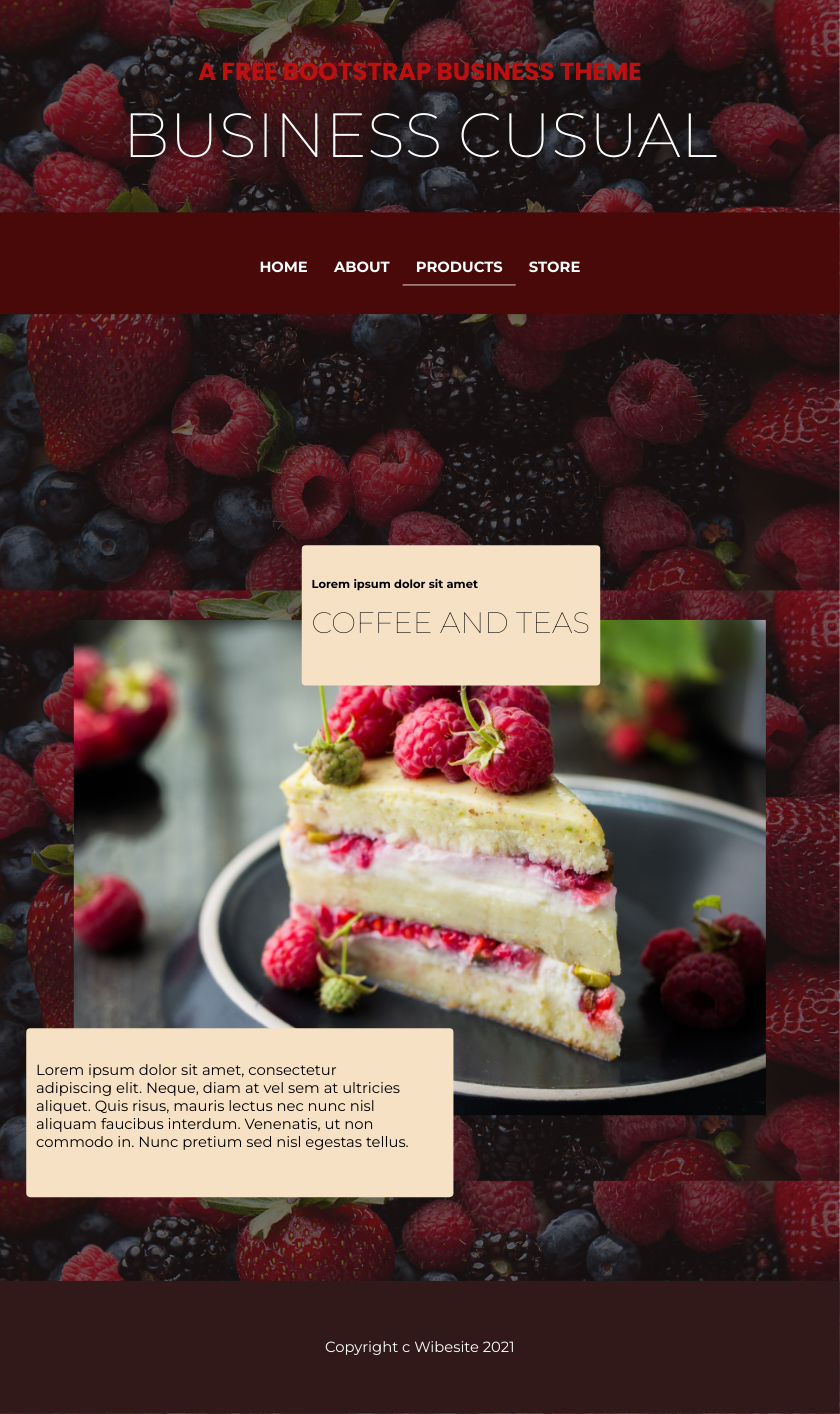
Repository: wadelfadill/tache_7_Business_bootstrap_theme
Page: product.html
These files come from the project's save history. The page is drawn as it stood at one moment and after the next save; the edit follows.
The browser window is 1024 px wide. The pictures show the whole page, at 82% of full size.
Backgrounds fixed to the window are drawn as part of the page.

Above is the page before, as saved 2023-04-28 12:38:15.

### product.html
<!DOCTYPE html>
<html lang="en">
<head>
    <meta charset="UTF-8">
    <meta http-equiv="X-UA-Compatible" content="IE=edge">
    <meta name="viewport" content="width=device-width, initial-scale=1.0">
    <!------ title of website ------>
    <title>Business website</title>
    <!------ Bootstrap cdn link ------>
    <link href="https://cdn.jsdelivr.net/npm/bootstrap@5.1.3/dist/css/bootstrap.min.css" rel="stylesheet" integrity="sha384-1BmE4kWBq78iYhFldvKuhfTAU6auU8tT94WrHftjDbrCEXSU1oBoqyl2QvZ6jIW3" crossorigin="anonymous">
    <!------- css link -------------->
    <link rel="stylesheet" href="css/style.css">
    <link rel="stylesheet" href="css/product_style.css">
    <!---------Google Fonts links ---------->
    <link rel="preconnect" href="https://fonts.googleapis.com">
    <link rel="preconnect" href="https://fonts.gstatic.com" crossorigin>
    <link href="https://fonts.googleapis.com/css2?family=Montserrat:wght@100;200;400;700&family=Poppins:wght@700&display=swap" rel="stylesheet">

</head>
<body>
    <!-- ========== Start Header Section ========== -->
    <header id="header">
        <h2 class="first_title text-center">A FREE BOOTSTRAP BUSINESS THEME</h2>
        <h1 class="second_title text-center">BUSINESS CUSUAL</h1>
        <!-- ========== Start navbar  Section ========== -->
        <nav class="my-auto mt-5">
            <div class="container my-auto">
                <ul class="nav justify-content-center">
                    <li class="nav-item">
                      <a class="nav-link" aria-current="page" href="index.html">HOME</a>
                    </li>
                    <li class="nav-item">
                      <a class="nav-link" href="about.html">ABOUT</a>
                    </li>
                    <li class="nav-item">
                      <a class="nav-link active" href="product.html">PRODUCTS</a>
                    </li>
                    <li class="nav-item">
                      <a class="nav-link" href="store.html">STORE</a>
                    </li>
                </ul>
            </div>
        </nav>
        <!-- ========== End navbar  Section ========== -->
    </header>
    <!-- ========== End Header Section ========== -->
    <!-- ========== Start Main Section ========== -->
    <main>
      <!-- ========== Start First Section ========== -->
      <section id="first_section">
        <div class="container">
          <div class="row justify-content-start gap-0 align-items-center position-relative">
            <!-- <div class="col photo_fisrt position-relative">
              <div class="box-top position-relative top-0 start-100 translate-middle">
                <p class="p1">Lorem ipsum dolor sit amet</p>
                <p class="p2">COFFEE AND TEAS</p>
              </div>
              <div class="box-bottom">
                <p>Lorem ipsum dolor sit amet, consectetur <br>
                  adipiscing elit. Neque, diam at vel sem at ultricies <br>
                  aliquet. Quis risus, mauris lectus nec nunc nisl <br>
                  aliquam faucibus interdum. Venenatis, ut non <br>
                  commodo in. Nunc pretium sed nisl egestas tellus.</p>
              </div>
            </div> -->
            <div class="box-top m-0">
              <p class="p1">Lorem ipsum dolor sit amet</p>
              <p class="p2">COFFEE AND TEAS</p>
            </div>
            <div class="image m-0 p-0 align-self-center text-center">
              <img src="images/gateau-p.png" alt="" class="img-fluid">
            </div>
            <div class="box-bottom">
              <p>Lorem ipsum dolor sit amet, consectetur <br>
                adipiscing elit. Neque, diam at vel sem at ultricies <br>
                aliquet. Quis risus, mauris lectus nec nunc nisl <br>
                aliquam faucibus interdum. Venenatis, ut non <br>
                commodo in. Nunc pretium sed nisl egestas tellus.</p>
            </div>
          </div>
        </div>
      </section>
      <!-- ========== End First Section ========== -->
    </main>
    <!-- ========== End Main Section ========== -->
    <footer id="footer">
        <p class="text-center">Copyright c Wibesite 2021</p>
    </footer>



    <!------ Bootstrap script -------->
    <script src="https://cdn.jsdelivr.net/npm/bootstrap@5.1.3/dist/js/bootstrap.bundle.min.js" integrity="sha384-ka7Sk0Gln4gmtz2MlQnikT1wXgYsOg+OMhuP+IlRH9sENBO0LRn5q+8nbTov4+1p" crossorigin="anonymous"></script>
</body>
</html>

### css/style.css
/* ===== General ====== */

:root{
    --red-color: #BD1111;
    --bg-red:#490909;
    --white-color: #FFFFFF;
    --black-color: #000000;
    --bg-beize:#F6E1C5;
    --bg-red-black: #311919;
    --bg-red-opac:rgba(165, 52, 43, 0.69);
    --red-border: #CD5449;
}
*{
    margin: 0;
    padding: 0;
}
body{
    padding: 0;
    margin: 0;
    background-image: linear-gradient(rgba(34, 24, 24, 0.6), rgba(34, 24, 24, 0.6)), url("../images/1.jpeg");
    background-position: center;
    background-size: cover;
    background-repeat: no-repeat;
    background-attachment: fixed;
}
/* ===== squelette ====== */
/* ===== header section ====== */
/* ===== header titles ======= */
#header .first_title{
    font-family: 'Poppins';
    font-style: normal;
    font-weight: 700;
    font-size: 30px;
    line-height: 45px;
    color: var(--red-color);
    margin-top: 65px;
}
#header .second_title{
    font-family: 'Montserrat';
    font-style: normal;
    font-weight: 200;
    font-size: 76px;
    line-height: 93px;
    color: var(--white-color);
}
/* ====== header navbar ======*/
#header nav{
    background: var(--bg-red);
    height: 124px;
}
#header nav ul li{
    margin-top: 48px;
}
#header nav a{
    font-family: 'Montserrat';
    font-style: normal;
    font-weight: 700;
    font-size: 18px;
    line-height: 22px;
    color: var(--white-color);
}
#header nav a.active{
    padding-bottom: 10px;
    border-bottom: 1px solid white;
}
/* ==== Main section ==========*/
/* main{
    height: 1000px;
} */
/* ====== footer section ====== */
#footer{
    height: 162px;
    background: var(--bg-red-black);
    padding-top: 70px;
}
#footer p{
    font-family: 'Montserrat';
    font-style: normal;
    font-weight: 400;
    font-size: 18px;
    line-height: 22px;
    color: var(--white-color);
}


/* ===== responsive css ======*/
@media screen and (max-width:550px) {
    #header .second_title{
        font-size: 30px;
    }
    #header nav{
        height: max-content;
        padding-bottom: 40px;
    }
}

### css/product_style.css
/* ===== General ====== */

:root{
    --red-color: #BD1111;
    --bg-red:#490909;
    --white-color: #FFFFFF;
    --black-color: #000000;
    --bg-beize:#F6E1C5;
    --bg-red-black: #311919;
    --bg-red-opac:rgba(165, 52, 43, 0.69);
    --red-border: #CD5449;
}


/* ==========first section ========= */
#first_section{
    margin-top: 202px;
    margin-bottom: 202px;
    width: 100%;
}
#first_section .photo_fisrt{
    max-width: 844px;
    height: 604px;
    background: url("../images/gateau-p.png");
    background-size: cover;
    background-repeat: no-repeat;
    align-self: center;
}
.box-top{
    max-width: 413px;
    min-height: 150px;
    background: var(--bg-beize);
    padding-top: 39px;
    padding-bottom: 39px;
    border-radius: 5px;
    width: max-content;
    position: relative;
    bottom: -80px !important;
    left: 70%;
}
.box-top .p1{
    font-family: 'Montserrat';
    font-style: normal;
    font-weight: 600;
    font-size: 14px;
    line-height: 17px;
    color: #000000;
}
.box-top .p2{
    font-family: 'Montserrat';
    font-style: normal;
    font-weight: 100;
    font-size: 36px;
    line-height: 44px;
    color: #000000;
}
.box-bottom{
    max-width: 521px;
    min-height: 189px;
    padding-top: 40px;
    padding-bottom: 40px;
    position: absolute;
    bottom: -100px;
    left: -10%;
    background: var(--bg-beize);
    border-radius: 5px;
}
.box-bottom p{
    font-family: 'Montserrat';
    font-style: normal;
    font-weight: 400;
    font-size: 18px;
    line-height: 22px;
    color: #000000;
}

/* ============== responsive css ================
@media screen and (max-width:1200px) {
    #first_section .box-bottom{
        left: 50px;
    }
    #first_section .box-top{
        left: 300px !important;
    }

}
@media screen and (max-width:578px) {
    #first_section .box-bottom{
        left: 0px;
        width: auto;
        bottom: 100px;
    }
    #first_section .box-top{
        left: 200px !important;
        width: 70%;
    }
    #first_section .box-top .p1{
        font-size: 10px;
    }
    #first_section .box-top .p2{
        font-size:20px;
    }
    #first_section .photo_fisrt{
        background-size: contain;
    }
}
@media screen and(max-width:400px) {
    #first_section .box-top .p1{
        font-size: auto;
    }
    #first_section .box-top .p2{
        font-size: auto;
    }
    #first_section .box-top{
        left: -100px !important;
        width: 70%;
    }
} */
@media screen and (max-width:1200px) {
    .box-bottom{
        align-self: center;
        left: 0;
        margin: auto;
    }
    .box-top{
        left: 35%;
        align-self: center;
    }

}

After the next save:
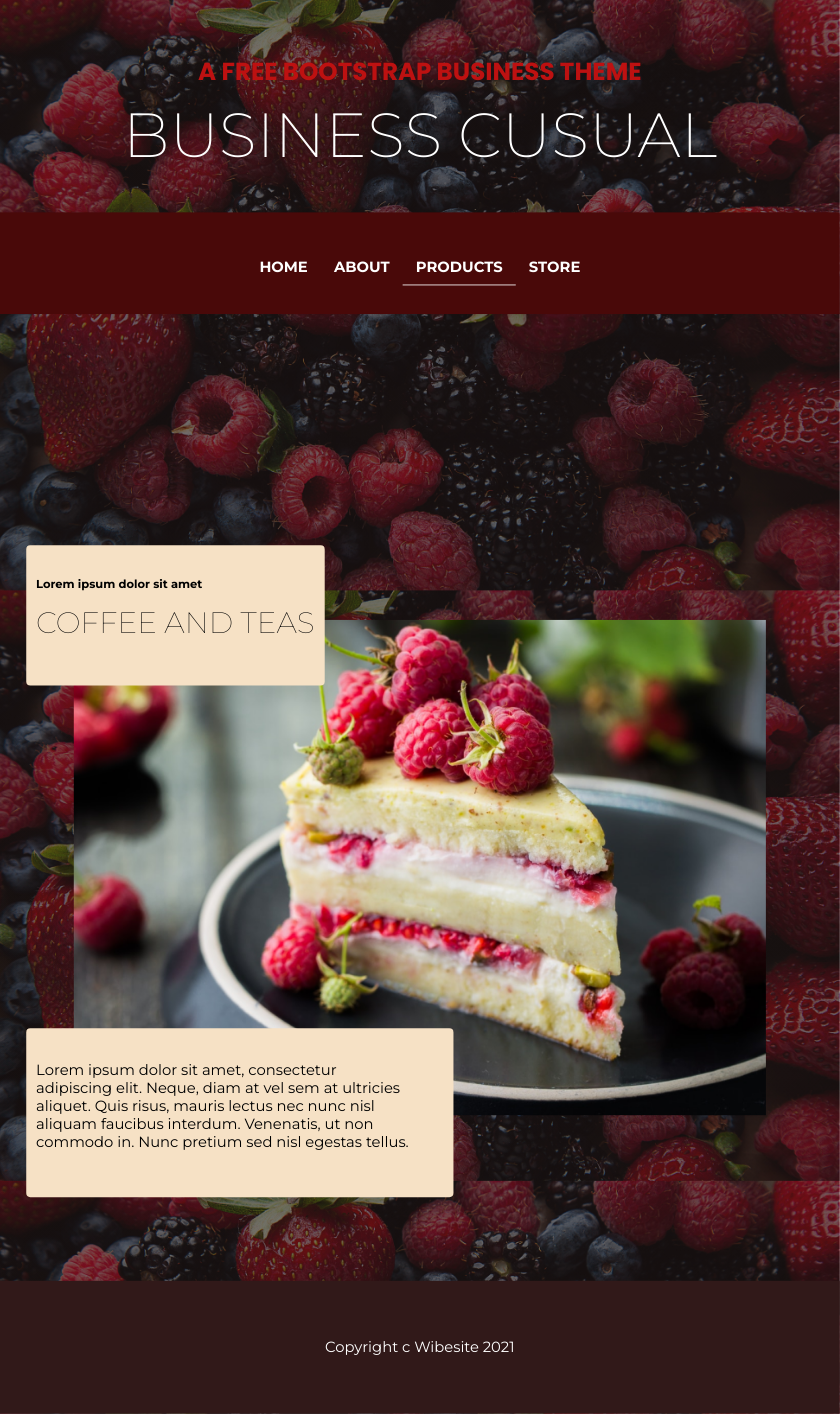
Saved 94 s later.
--- a/css/product_style.css
+++ b/css/product_style.css
@@ -123,8 +123,8 @@
         margin: auto;
     }
     .box-top{
-        left: 35%;
-        align-self: center;
+        left: 0;
+        margin: auto;
     }
 
 }
